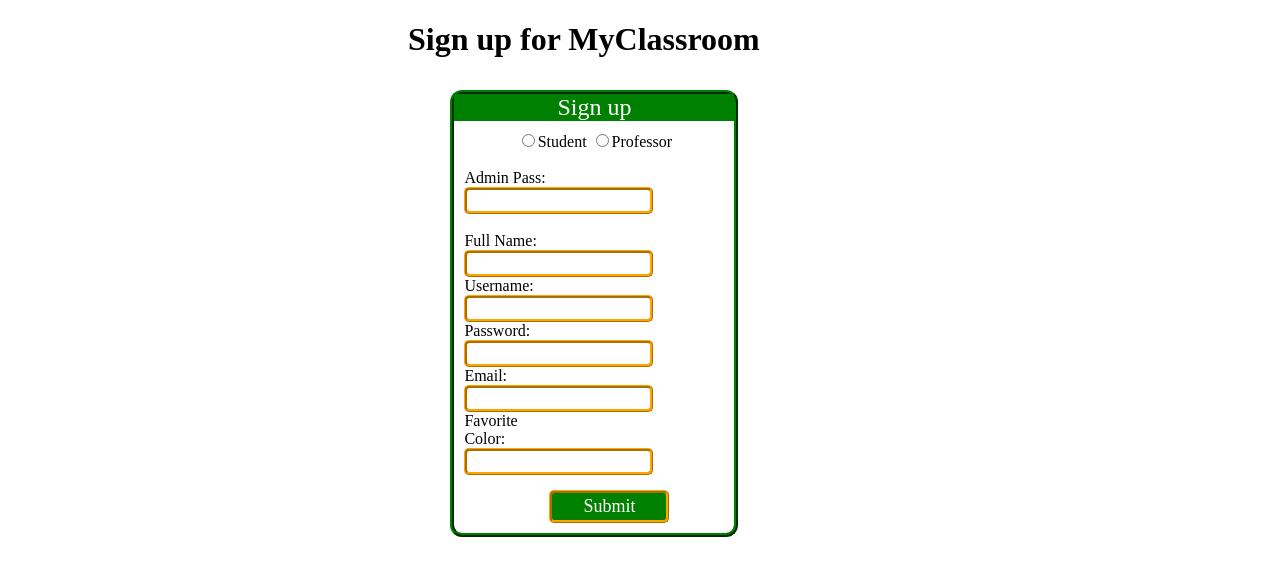
Repository: GreenKnight15/4382finalproject
Page: project/views/signup.html
The author's editor kept a record of every edit. The page is drawn from the files as they stood at one moment, then again after the next edit.
The browser window is 1280 px wide. The pictures show the whole page.

Above is the page before.

After the next edit:
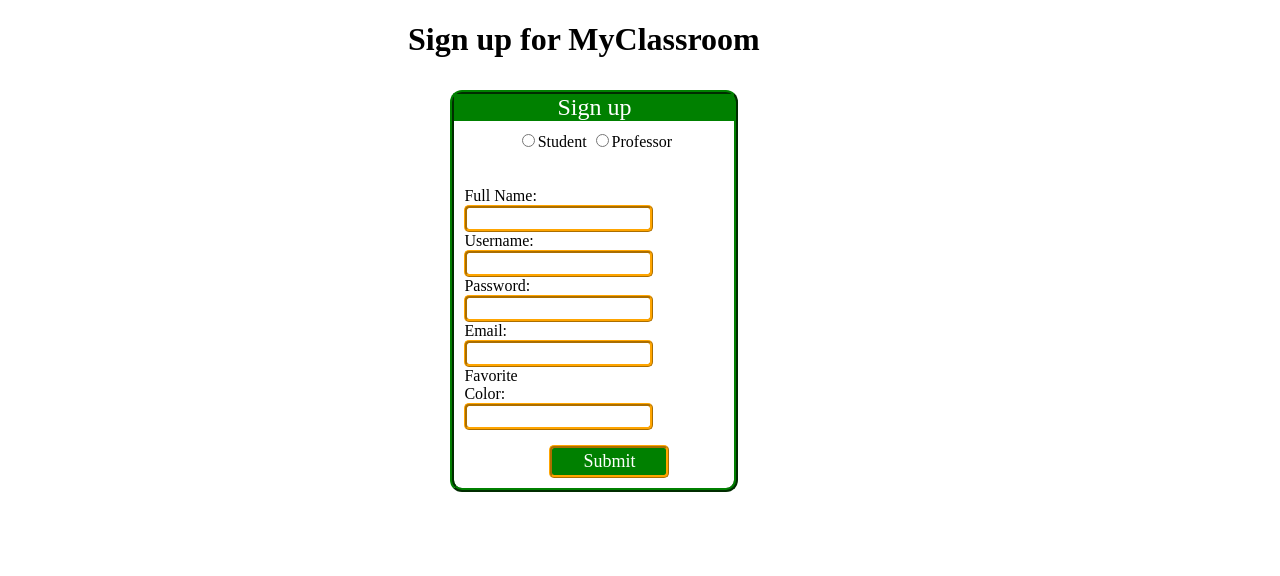
The edit:
--- a/project/views/signup.html
+++ b/project/views/signup.html
@@ -24,7 +24,7 @@
                 <input type="Radio" name="role" value="PR" onclick="javascript:professorCheck();" id="profCheck" >Professor</input>
                 </div>
                 <br>
-                <div id = "adminPass">
+                <div id = "adminPass" style="display:none">
                     Admin Pass: <input type='text' id= 'adminPass' name= 'adminPass'>
                 </div>
                 <br>
